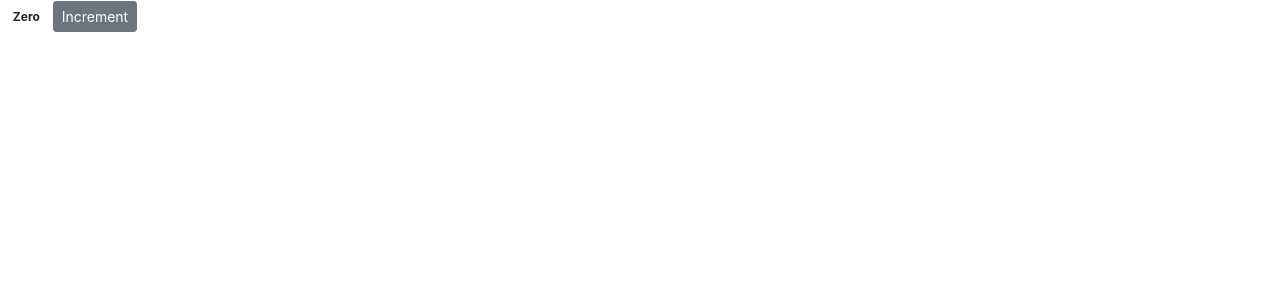
Repository: smk87/First-React-App
Page: /
These files come from the project's save history. The page is drawn as it stood at one moment and after the next save; the edit follows.
The browser window is 1280 px wide. The pictures show the whole page.
The project was rebuilt for these pictures with package versions that can differ from the ones it lists, and the page was loaded fresh each time. Also part of the build but not shown: src/App.css, src/App.js.

Above is the page before, as saved 2019-01-04 21:00:08.

### public/index.html
<!DOCTYPE html>
<html lang="en">
  <head>
    <meta charset="utf-8" />
    <link rel="shortcut icon" href="%PUBLIC_URL%/favicon.ico" />
    <meta
      name="viewport"
      content="width=device-width, initial-scale=1, shrink-to-fit=no"
    />
    <meta name="theme-color" content="#000000" />
    <!--
      manifest.json provides metadata used when your web app is added to the
      homescreen on Android. See https://developers.google.com/web/fundamentals/web-app-manifest/
    -->
    <link rel="manifest" href="%PUBLIC_URL%/manifest.json" />
    <!--
      Notice the use of %PUBLIC_URL% in the tags above.
      It will be replaced with the URL of the `public` folder during the build.
      Only files inside the `public` folder can be referenced from the HTML.

      Unlike "/favicon.ico" or "favicon.ico", "%PUBLIC_URL%/favicon.ico" will
      work correctly both with client-side routing and a non-root public URL.
      Learn how to configure a non-root public URL by running `npm run build`.
    -->
    <title>Cart by React</title>
  </head>
  <body>
    <noscript>You need to enable JavaScript to run this app.</noscript>
    <div id="root"></div>
    <!--
      This HTML file is a template.
      If you open it directly in the browser, you will see an empty page.

      You can add webfonts, meta tags, or analytics to this file.
      The build step will place the bundled scripts into the <body> tag.

      To begin the development, run `npm start` or `yarn start`.
      To create a production bundle, use `npm run build` or `yarn build`.
    -->
  </body>
</html>

### src/index.js
import React from "react";
import ReactDOM from "react-dom";
import "./index.css";
import App from "./App";
import * as serviceWorker from "./serviceWorker";
import "bootstrap/dist/css/bootstrap.css";
import Counter from "./components/counter";

ReactDOM.render(<Counter />, document.getElementById("root"));

// If you want your app to work offline and load faster, you can change
// unregister() to register() below. Note this comes with some pitfalls.
// Learn more about service workers: http://bit.ly/CRA-PWA
serviceWorker.unregister();

### src/components/counter.jsx
import React, { Component } from "react";

class Counter extends Component {
  state = {
    count: 0
  };
  styles = {};
  render() {
    let classes = "badge m-2 badge";
    classes += this.state.count === 0 ? "warning" : "primary";
    return (
      <div>
        <span className={classes}>{this.formatCount()}</span>
        <button className="btn btn-secondary btn-sm">Increment</button>
      </div>
    );
  }

  formatCount() {
    const { count } = this.state;
    return count === 0 ? "Zero" : count;
  }
}

export default Counter;

Loaded but not shown: src/index.css (common file); src/serviceWorker.js (common file)

After the next save:
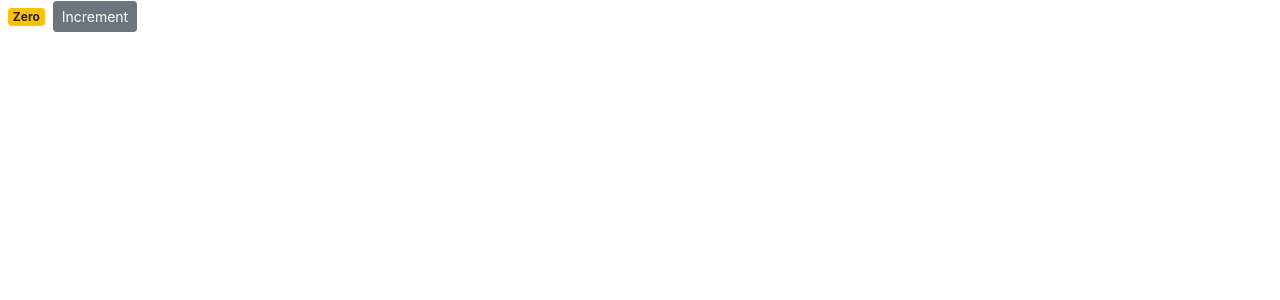
Saved 5 s later.
--- a/src/components/counter.jsx
+++ b/src/components/counter.jsx
@@ -6,7 +6,7 @@ class Counter extends Component {
   };
   styles = {};
   render() {
-    let classes = "badge m-2 badge";
+    let classes = "badge m-2 badge-";
     classes += this.state.count === 0 ? "warning" : "primary";
     return (
       <div>
